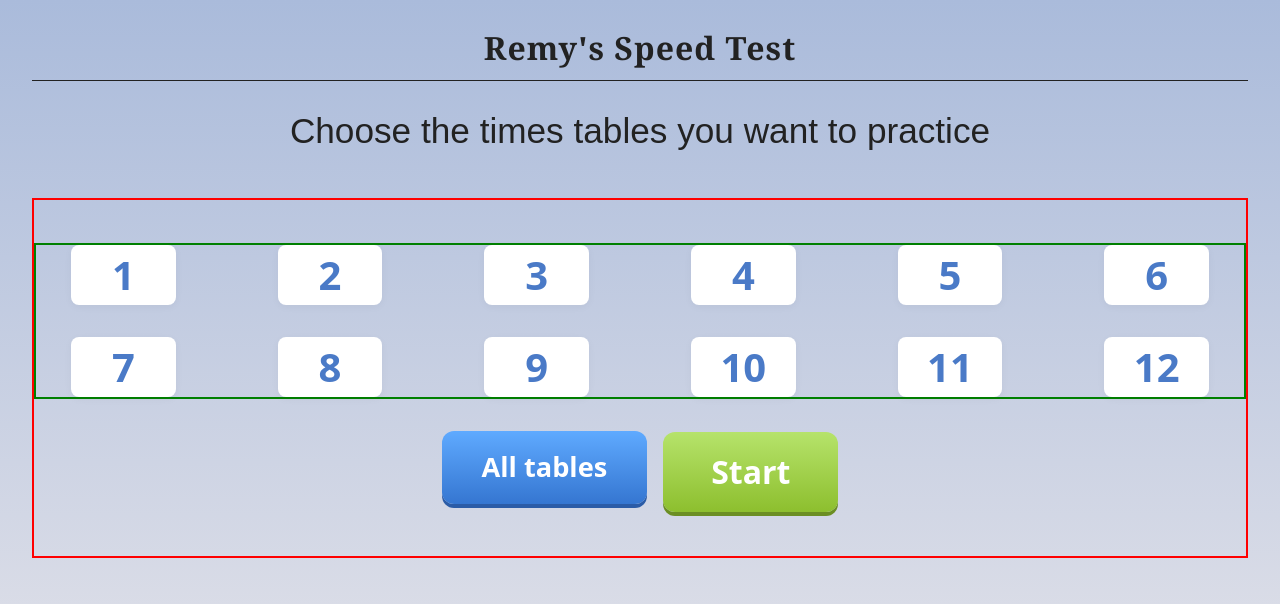
Repository: Chinurum-Omenuko/remys-speed-test
Page: / (app in app/)
The author's editor kept a copy of each file at every save. The page is drawn from the files as they stood at one save, then again after the next save.
The browser window is 1280 px wide. The pictures show the whole page.
The project was rebuilt for these pictures with package versions that can differ from the ones it lists, and the page was loaded fresh each time. The framework's server and built-in components were replaced by stand-ins that run in the browser. Also part of the build but not shown: app/svelte.config.js, app/vite.config.ts.

Above is the page before, as saved 2025-11-17 12:49:07.

After the next save:
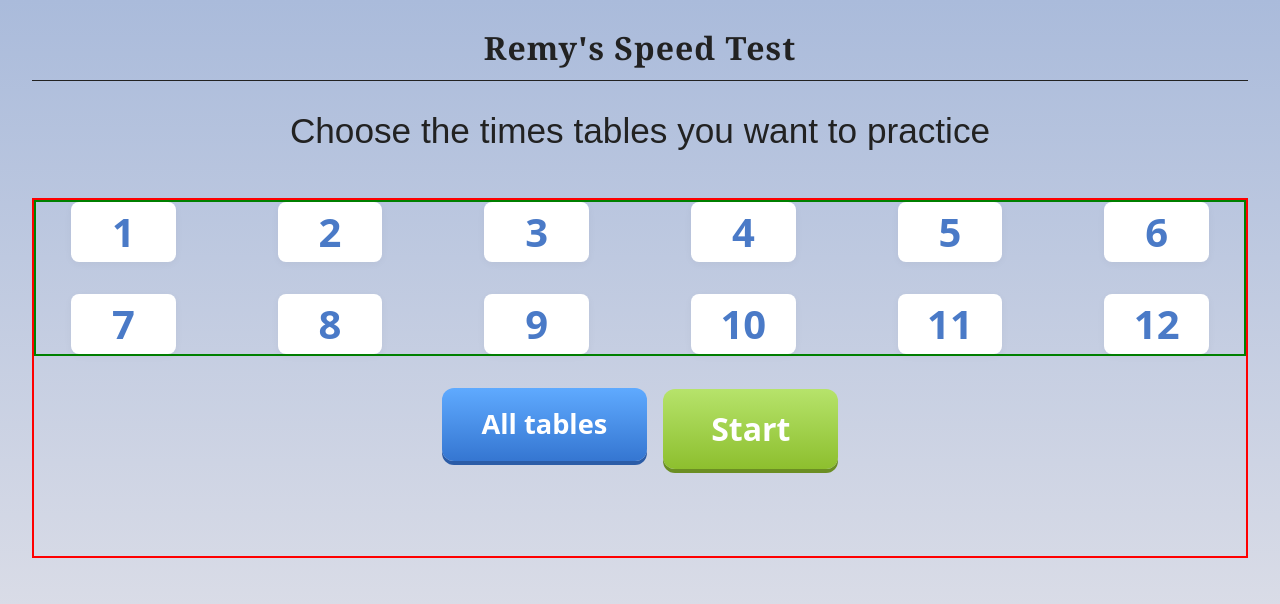
Saved 5 s later.
--- a/app/src/routes/+page.svelte
+++ b/app/src/routes/+page.svelte
@@ -103,7 +103,7 @@
 		display: flex;
 		flex-direction: column;
 		border: solid 2px red;
-		justify-content: center;
+		justify-content: start;
 		align-items: start;
 		max-width: 100vw;
 		min-height: 50vh;
